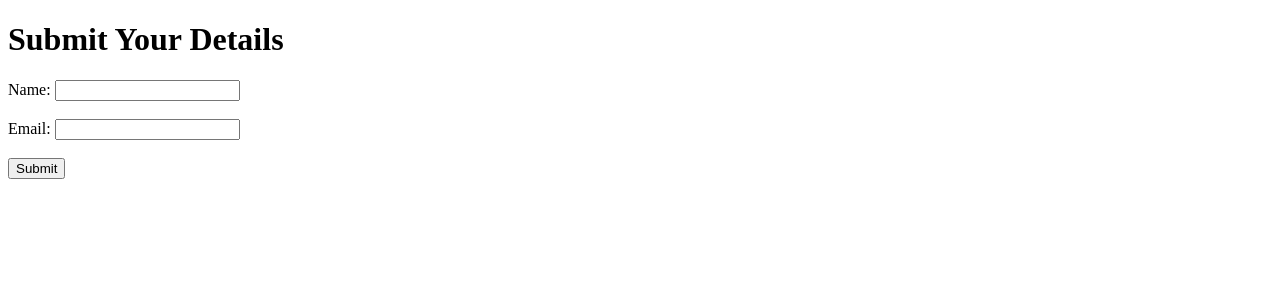
Repository: Srmaraghu/Advanced-Java
Page: Form Handling/src/main/webapp/register.html
An editor plug-in stored every save of this project. The page is shown before and after the next save, followed by the edit.
The browser window is 1280 px wide. The pictures show the whole page.

Above is the page before, as saved 2025-01-25 07:31:28.

After the next save:
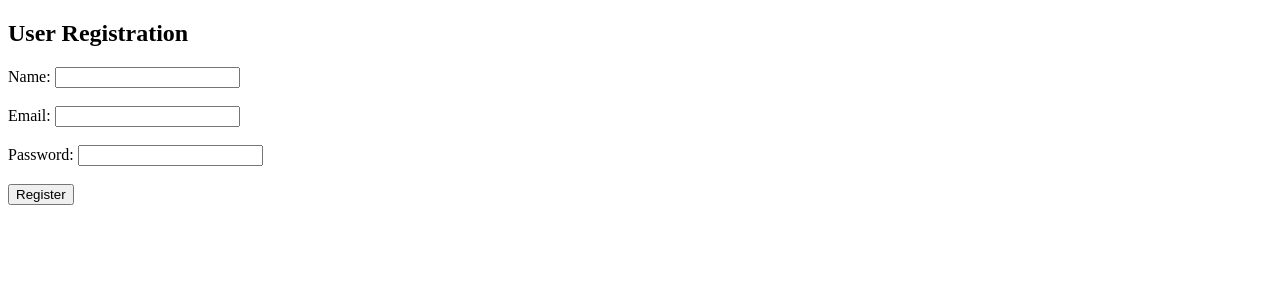
Saved 3 s later.
--- a/Form Handling/src/main/webapp/register.html
+++ b/Form Handling/src/main/webapp/register.html
@@ -1,18 +1,23 @@
 <!DOCTYPE html>
-<html>
+<html lang="en">
 <head>
-    <title>Form Handling Example</title>
+    <meta charset="UTF-8">
+    <meta name="viewport" content="width=device-width, initial-scale=1.0">
+    <title>User Registration</title>
 </head>
 <body>
-    <h1>Submit Your Details</h1>
-<form action="processForm" method="POST">
+    <h2>User Registration</h2>
+    <form action="register" method="post">
         <label for="name">Name:</label>
         <input type="text" id="name" name="name" required><br><br>
 
         <label for="email">Email:</label>
         <input type="email" id="email" name="email" required><br><br>
 
-        <button type="submit">Submit</button>
+        <label for="password">Password:</label>
+        <input type="password" id="password" name="password" required><br><br>
+
+        <button type="submit">Register</button>
     </form>
 </body>
 </html>
